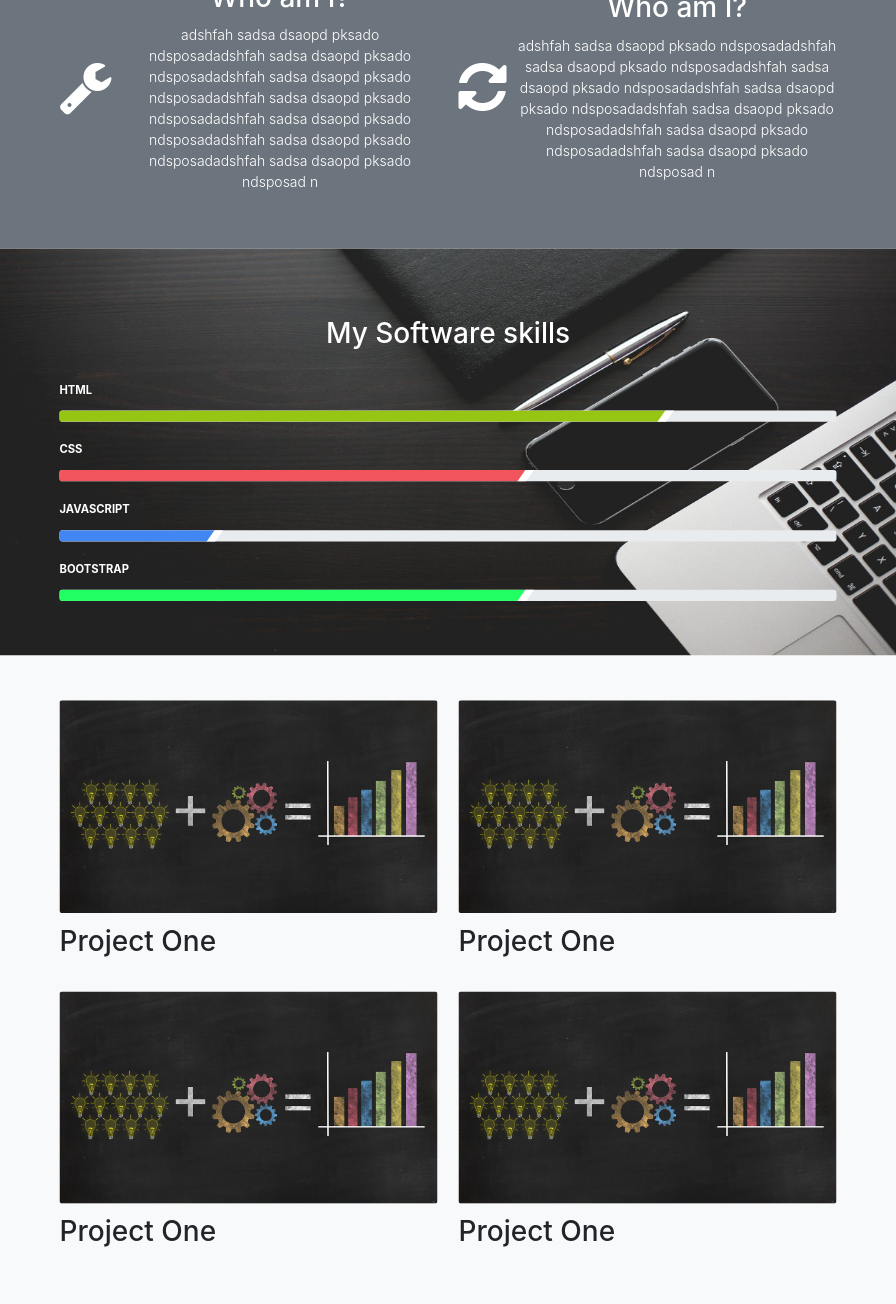
Repository: Kraljiccar/User-Centric-Frontend-Development-Milestone-Project
Page: index.html
The author's editor kept a record of every edit. The page is drawn from the files as they stood at one moment, then again after the next edit.
The browser window is 1280 px wide. The pictures show the part of the page from y = 829 to 2749 px (the page is 2692 px tall before and 2749 px after), at 70% of full size.
Backgrounds fixed to the window are drawn as part of the page.

Above is the page before.

After the next edit:
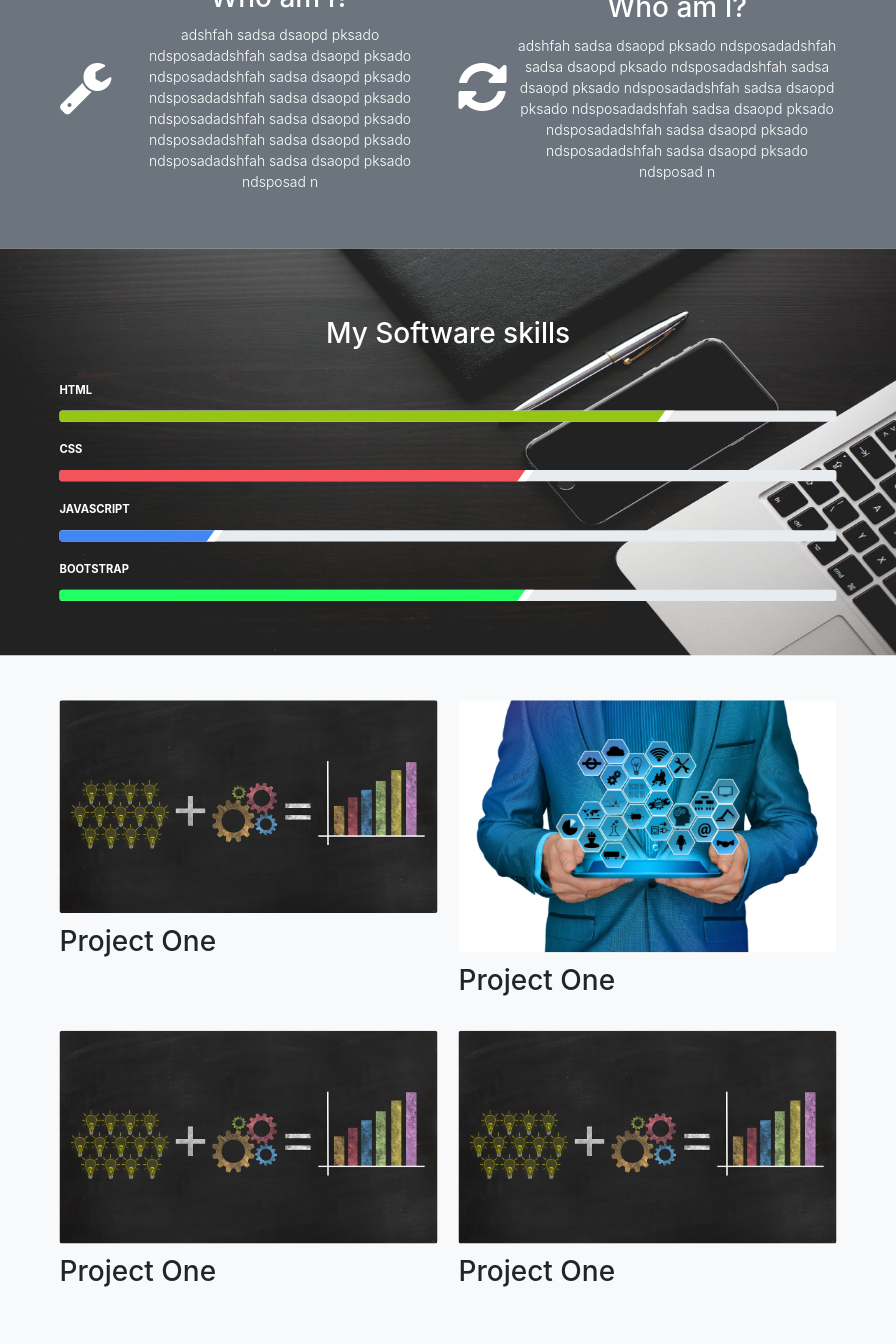
The edit:
--- a/index.html
+++ b/index.html
@@ -95,7 +95,7 @@
             <h1 class="my-3">Project One</h1>
           </div>
           <div class="col-sm-6 my-3">
-              <img src="assets/images/success.jpg" alt="#" class="img-fluid rounded" alt="picture">
+              <img src="assets/images/industry.jpg" alt="#" class="img-fluid rounded" alt="picture">
             <h1 class="my-3">Project One</h1>
           </div>
           <div class="col-sm-6 my-3">
